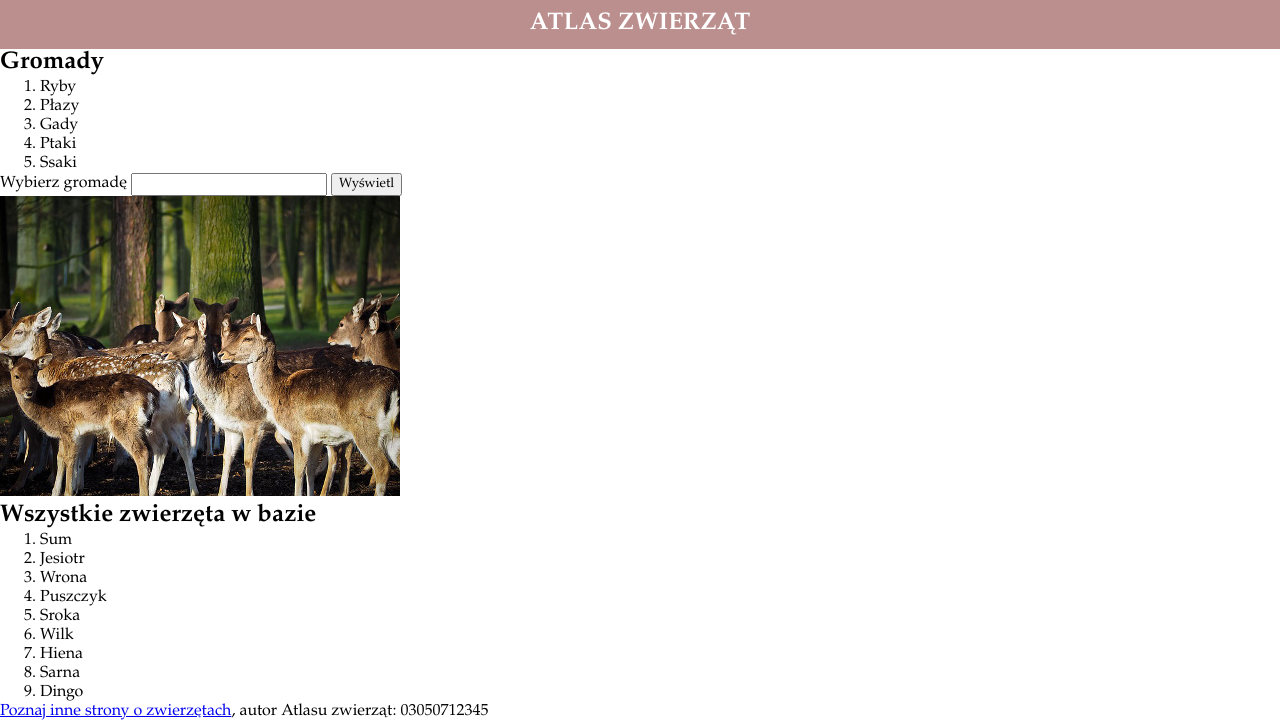
Repository: Lenerystia/HTML
Page: Zad.egz_3/index.html
These files come from the project's save history. The page is drawn as it stood at one moment and after the next save; the edit follows.
The browser window is 1280 px wide. The pictures show the whole page.

Above is the page before, as saved 2021-12-22 14:07:56.

### Zad.egz_3/index.html
<!DOCTYPE html>
<head>
    <meta http-equiv="content-type" type="text/html" charset="UTF-8">
    <title>Dane o zwierzętach</title>
    <link rel="stylesheet" href="styl3.css">
</head>
<body>
    <section class="baner">
        <h1>ATLAS ZWIERZĄT</h1>
    </section>
    <section class="formularz">
        <h2>Gromady</h2>
        <ol>
            <li>Ryby</li>
            <li>Płazy</li>
            <li>Gady</li>
            <li>Ptaki</li>
            <li>Ssaki</li>
        </ol>
        <form action="http://www.przykładowastrona.com" method="post">Wybierz gromadę
            <input type="number" name="Wybierz gromadę" id="gromada">
            <input type="submit" value="Wyświetl">
        </form>
    </section>
    <section class="glownyLewy">
        <img src="zwierzeta.jpg" alt="dzikie zwierzęta">
    </section>
    <section class="glownySrodkowy">

    </section>
    <section class="glownyPrawy">
        <h2>Wszystkie zwierzęta w bazie</h2>
        <ol>
            <li>Sum</li>
            <li>Jesiotr</li>
            <li>Wrona</li>
            <li>Puszczyk</li>
            <li>Sroka</li>
            <li>Wilk</li>
            <li>Hiena</li>
            <li>Sarna</li>
            <li>Dingo</li>
        </ol>
    </section>
    <section class="stopka">
        <a href="atlas-zwierzat.pl" target="_blank"> Poznaj inne strony o zwierzętach</a>, autor Atlasu zwierząt: 03050712345

    </section>
</body>
</html>

### Zad.egz_3/styl3.css
*{
    font-family: Garamond;
    margin: 0;
}
.baner{
    background-color: rosybrown;
    color: white;
    text-align: center;
    padding: 10px;
}

After the next save:
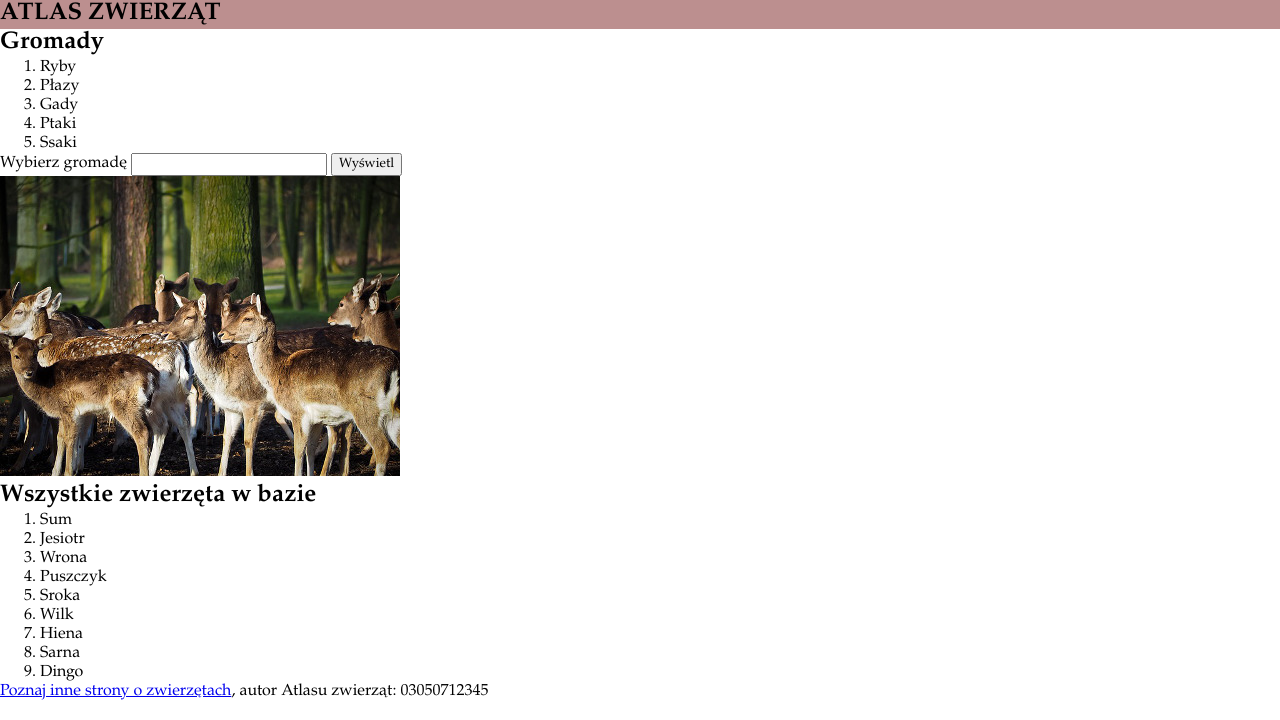
Saved 15 s later.
--- a/Zad.egz_3/styl3.css
+++ b/Zad.egz_3/styl3.css
@@ -4,7 +4,5 @@
 }
 .baner{
     background-color: rosybrown;
-    color: white;
-    text-align: center;
-    padding: 10px;
+
 }

After the save that followed:
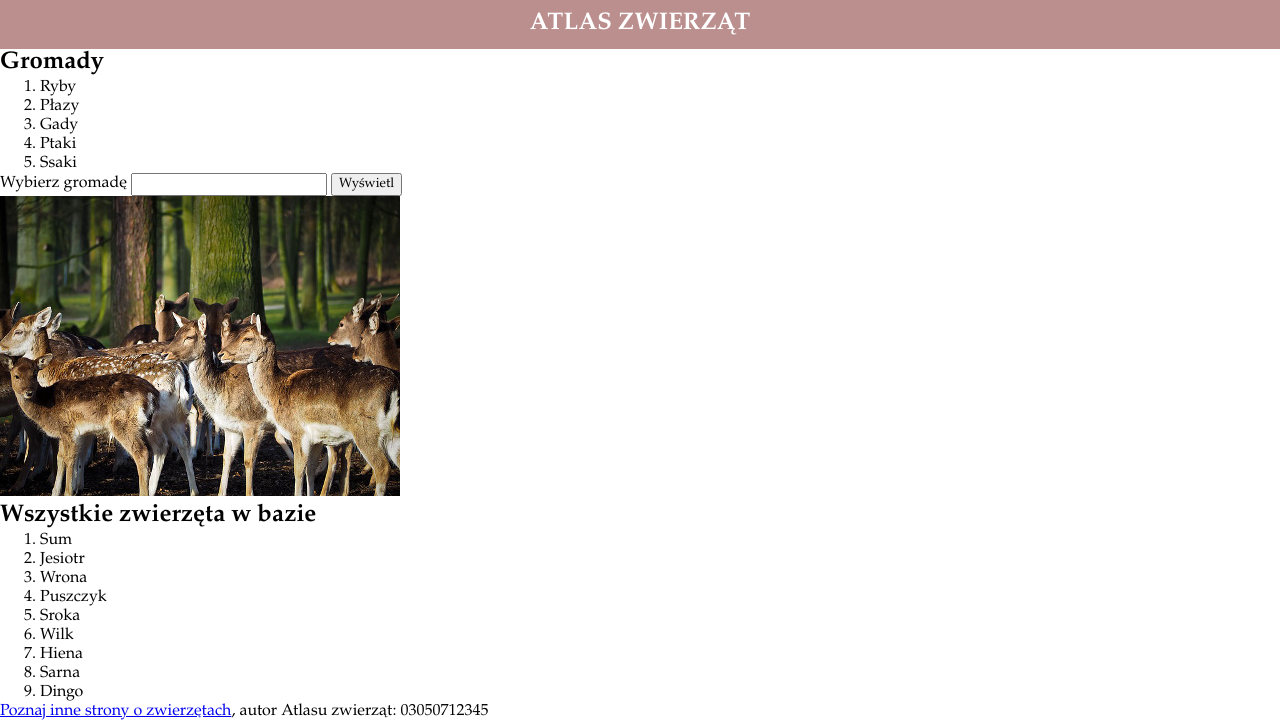
Saved 5 s later.
--- a/Zad.egz_3/styl3.css
+++ b/Zad.egz_3/styl3.css
@@ -4,5 +4,7 @@
 }
 .baner{
     background-color: rosybrown;
-
+    color: white;
+    text-align: center;
+    padding: 10px;
 }
